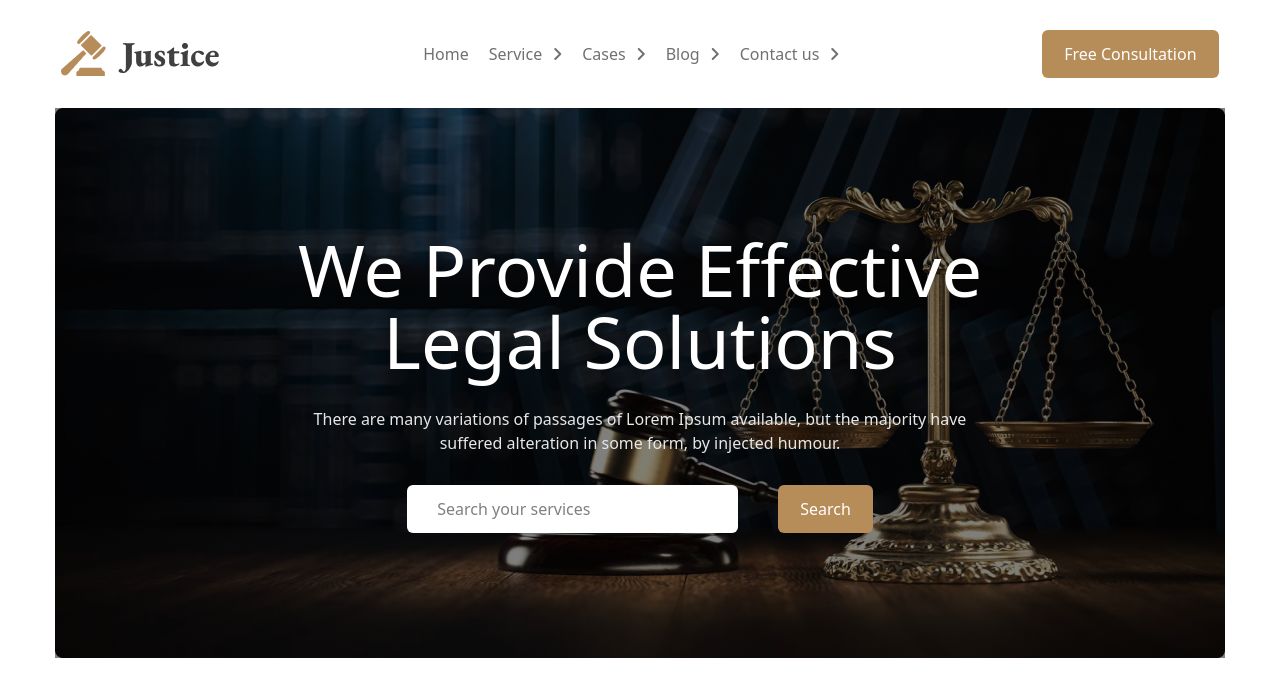
Repository: nahid-hasann/website-6
Page: index.html
The author's editor kept a copy of each file at every save. The page is drawn from the files as they stood at one save, then again after a run of saves.
The browser window is 1280 px wide. The pictures show the whole page.

Above is the page before, as saved 2025-07-20 23:17:40.

### index.html
<!DOCTYPE html>
<html lang="en">
<head>
    <meta charset="UTF-8">
    <meta name="viewport" content="width=device-width, initial-scale=1.0">
    <script src="https://cdn.jsdelivr.net/npm/@tailwindcss/browser@4"></script>
    <title>Document</title>
    <link rel="stylesheet" href="style.css">
    <link rel="stylesheet" href="https://cdnjs.cloudflare.com/ajax/libs/font-awesome/6.7.2/css/all.min.css" integrity="sha512-Evv84Mr4kqVGRNSgIGL/F/aIDqQb7xQ2vcrdIwxfjThSH8CSR7PBEakCr51Ck+w+/U6swU2Im1vVX0SVk9ABhg==" crossorigin="anonymous" referrerpolicy="no-referrer" />
</head>
<body>

<header>

<div class="flex gap-[80px] mx-auto  justify-around items-center my-[30px]">
    <div>
        <img src="images/logo2.png" alt="">
    </div>
    <div>
        <ul class="flex gap-[20px] text-[#707070]">
            <li><a href="">Home</a></li>
            <li><a href="">Service<i class="fa-solid fa-angle-right ml-[10px]"></i></a></li>
            <li><a href="">Cases<i class="fa-solid fa-angle-right ml-[10px]"></i></a></li>
            <li><a href="">Blog<i class="fa-solid fa-angle-right ml-[10px]"></i></a></li>
            <li><a href="">Contact us<i class="fa-solid fa-angle-right ml-[10px]"></i></a></li>
        </ul>
    </div>
    <div>
        <button class="bg-[#b68c59] py-[12px] px-[22px] text-white rounded-md" >Free Consultation</button>
    </div>
</div>


<div class="banner-img w-[1170px] h-[550px] mx-auto  flex flex-col items-center justify-center">
      <div class="banner-content w-[692px]">
         <h1 class="text-[72px] text-center text-white leading-none">We Provide Effective  Legal Solutions</h1>
       <p class="my-[30px] text-center  text-[#E7E7E7]">There are many variations of passages of Lorem Ipsum available, but the majority have suffered alteration in some form, by injected humour.</p>
       <div class="flex justify-center gap-[40px]">
        <input class="bg-white py-[12px] px-[30px] pr-[70px] rounded-md" type="text" name="" placeholder="Search your services" id="">
        <button class="bg-[#b68c59] py-[12px] px-[22px] text-white rounded-md" >Search</button>
       </div>
      </div>
</div>


</header>





</body>
</html>

### style.css
.banner-img{
    background-image: linear-gradient(rgba(0, 0, 0, 0.5), rgba(0, 0, 0, 0.5)), url('images/banner.png');
}

After the next 2 saves:
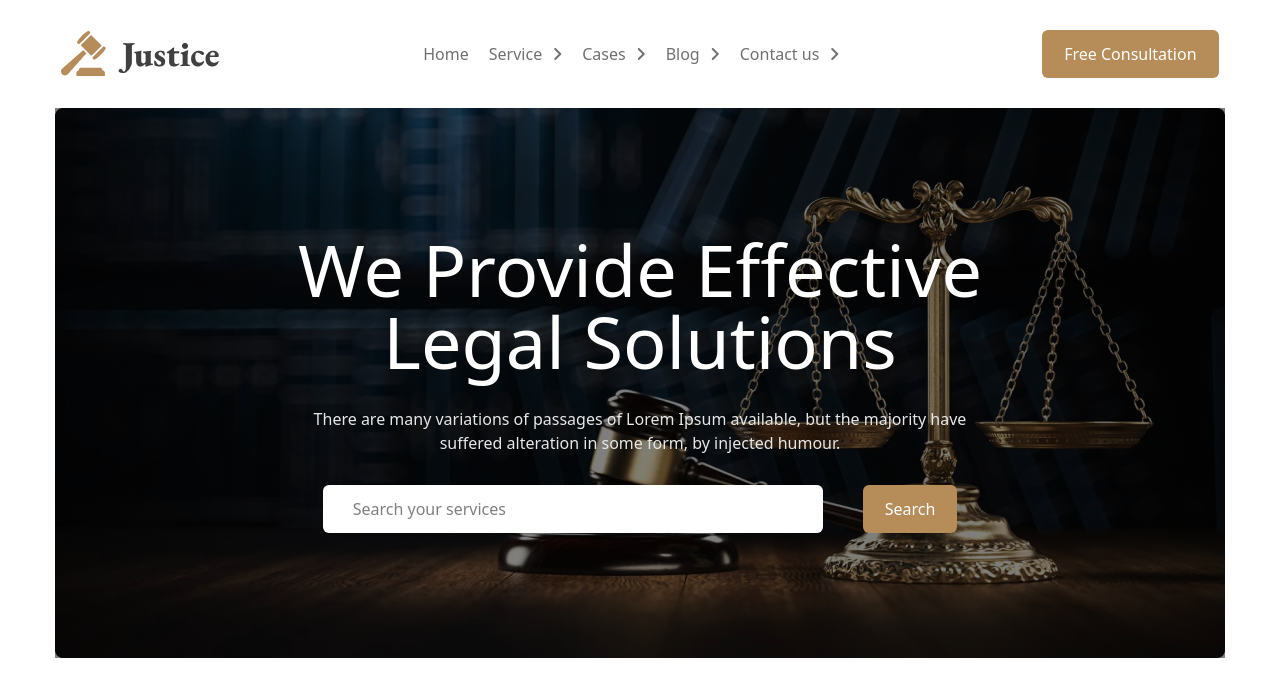
The 2 saves are shown as one change because they came seconds apart.
The last was saved 41 s later.
--- a/index.html
+++ b/index.html
@@ -36,7 +36,7 @@
          <h1 class="text-[72px] text-center text-white leading-none">We Provide Effective  Legal Solutions</h1>
        <p class="my-[30px] text-center  text-[#E7E7E7]">There are many variations of passages of Lorem Ipsum available, but the majority have suffered alteration in some form, by injected humour.</p>
        <div class="flex justify-center gap-[40px]">
-        <input class="bg-white py-[12px] px-[30px] pr-[70px] rounded-md" type="text" name="" placeholder="Search your services" id="">
+        <input class="bg-white py-[12px] px-[30px] pr-[70px] w-[500px] rounded-md" type="text" name="" placeholder="Search your services" id="">
         <button class="bg-[#b68c59] py-[12px] px-[22px] text-white rounded-md" >Search</button>
        </div>
       </div>
